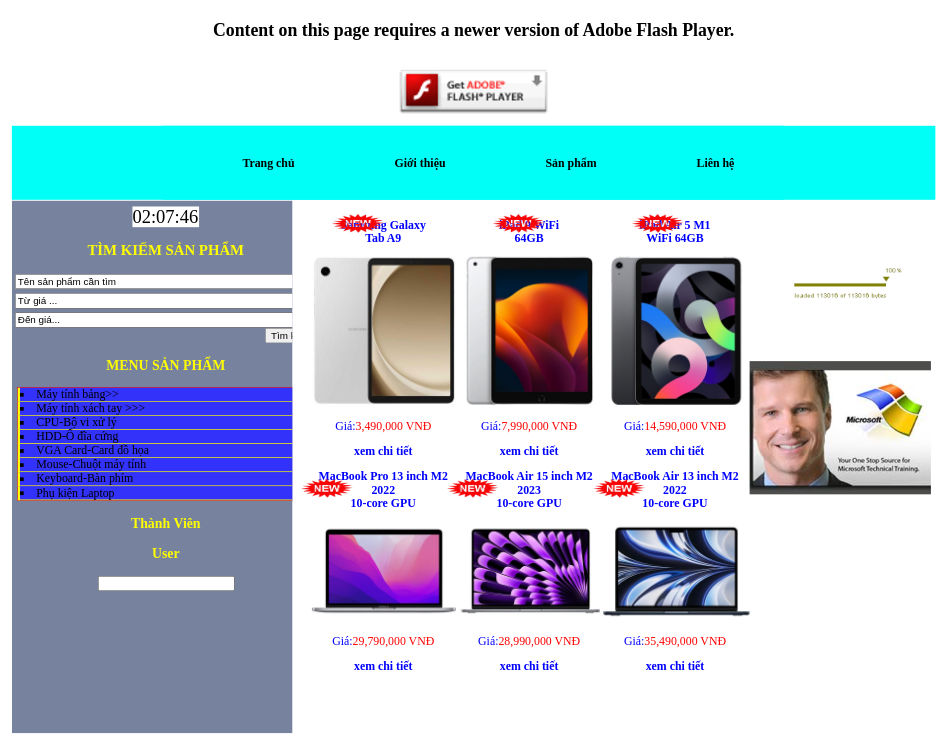
Repository: Tan-Khang21/TH_TKW--Buoi_03
Page: BT_ve_nha/Bai_1/frame.html
These files come from the project's save history. The page is drawn as it stood at one moment and after the next save; the edit follows.
The browser window is 1280 px wide. The pictures show the whole page, at 74% of full size.

Above is the page before, as saved 2024-03-03 20:30:44.

### BT_ve_nha/Bai_1/frame.html
<!DOCTYPE html>
<html lang="en">
  <head>
    <meta charset="UTF-8" />
    <meta name="viewport" content="width=device-width, initial-scale=1.0" />
    <title>Document</title>
  </head>
  <body>
    <div style="max-width: 1400px; margin: 0 auto;">
      <iframe
        src="top.html"
        frameborder="0"
        style="width: 100%; height: 25%"
        scrolling="no"
      ></iframe>
      <iframe
        src="nav.html"
        frameborder="0"
        style="width: 100%; height: 15%"
        scrolling="no"
      ></iframe>
      <div style="width: 100%; height: 60%; margin-top: -45px; margin-left: 8px;">
        <iframe
          src="left.html"
          frameborder="0"
          style="width: 30%; height: 100vh; box-sizing: border-box;"
          scrolling="no"
        ></iframe>
        <iframe
          src="mid.html"
          frameborder="0"
          style="width: 50%; height: 100vh; box-sizing: border-box; margin-right: -30px;"
          scrolling="no"
        ></iframe>
        <iframe
          src="right.html"
          frameborder="0"
          style="width: 20%; height: 100vh; box-sizing: border-box;  margin-right: -50px;"
          scrolling="no"
        ></iframe>
      </div>
    </div>
  </body>
</html>

### BT_ve_nha/Bai_1/top.html
<!DOCTYPE html>
<html lang="en">
  <head>
    <meta charset="UTF-8" />
    <meta name="viewport" content="width=device-width, initial-scale=1.0" />
    <title>Document</title>
  </head>
  <body>
    <h2 style="text-align: center;">
      Content on this page requires a newer version of Adobe Flash Player.
    </h2>
    <div style="width: 200px; margin: -50px auto;">
        <img src="/BT_ve_nha/Bai_1/images/logo.png" alt="" style="width: 100%; object-fit: contain;">
    </div>
  </body>
</html>

### BT_ve_nha/Bai_1/nav.html
<!DOCTYPE html>
<html lang="en">
  <head>
    <meta charset="UTF-8" />
    <meta name="viewport" content="width=device-width, initial-scale=1.0" />
    <title>Document</title>
  </head>
  <body>
    <div style="background-color: #00fff7; height: 100px">
      <ul
        type="none"
        style="
          display: flex;
          justify-content: space-around;
          align-items: center;
          background-color: #00fff7;
          height: 100px;
          width: 800px;
          margin: auto;
        "
      >
        <li>
          <a href="#" style="text-decoration: none; font-weight: bold;color:black;"
            >Trang chủ</a
          >
        </li>
        <li>
          <a href="#" style="text-decoration: none; font-weight: bold;color:black;"
            >Giới thiệu</a
          >
        </li>
        <li>
          <a href="#" style="text-decoration: none; font-weight: bold;color:black;"
            >Sản phẩm</a
          >
        </li>
        <li>
          <a href="#" style="text-decoration: none; font-weight: bold;color:black;"
            >Liên hệ</a
          >
        </li>
      </ul>
    </div>
  </body>
</html>

### BT_ve_nha/Bai_1/left.html
<!DOCTYPE html>
<html lang="en">
  <head>
    <meta charset="UTF-8" />
    <meta name="viewport" content="width=device-width, initial-scale=1.0" />
    <title>Document</title>
    <link
      rel="stylesheet"
      href="https://cdnjs.cloudflare.com/ajax/libs/font-awesome/6.5.1/css/all.min.css"
      integrity="sha512-DTOQO9RWCH3ppGqcWaEA1BIZOC6xxalwEsw9c2QQeAIftl+Vegovlnee1c9QX4TctnWMn13TZye+giMm8e2LwA=="
      crossorigin="anonymous"
      referrerpolicy="no-referrer"
    />
  </head>
  <style>
    ::placeholder {
      color: black;
    }
  </style>
  <body style="background-color: #77829e">
    <div style="width: 600px; margin-left: -100px;">
      <div
        style="
          margin: 0 auto;
          width: 90px;
          background-color: white;
          font-size: 25px;
        "
      >
        02:07:46
      </div>
      <p
        style="
          color: yellow;
          font-size: 20px;
          font-weight: bold;
          text-align: center;
        "
      >
        TÌM KIẾM SẢN PHẨM
      </p>
      <form
        style="
          display: flex;
          align-items: center;
          justify-content: center;
          flex-direction: column;
        "
      >
        <input
          type="text"
          placeholder="Tên sản phẩm cần tìm"
          style="width: 400px"
        />
        <div>
          <input
            type="text"
            placeholder="Từ giá ..."
            style="width: 400px; position: relative; margin-top: 5px"
          />
          <button
            style="
              border: none;
              width: 15px;
              height: 15px;
              position: absolute;
              background-color: rgb(109, 153, 247);
              transform: translateX(-20px) translateY(8px);
            "
          >
            <i
              class="fa-solid fa-chevron-down"
              style="
                position: absolute;
                top: 0;
                left: 0;
                transform: translateX(1px) translateY(1px);
              "
            ></i>
          </button>
        </div>
        <div>
          <input
            type="text"
            placeholder="Đến giá..."
            style="width: 400px; position: relative; margin-top: 5px"
          />
          <button
            style="
              border: none;
              width: 15px;
              height: 15px;
              position: absolute;
              background-color: rgb(109, 153, 247);
              transform: translateX(-20px) translateY(8px);
            "
          >
            <i
              class="fa-solid fa-chevron-down"
              style="
                position: absolute;
                top: 0;
                left: 0;
                transform: translateX(1px) translateY(1px);
              "
            ></i>
          </button>
        </div>
        <div style="width: 400px; text-align: end; margin-right: -10px">
          <button>Tìm kiếm</button>
        </div>
      </form>
      <h3 style="color: yellow; text-align: center">MENU SẢN PHẨM</h3>
      <div style="border: 1px solid red; width: 400px; margin: 0 auto;" >
        <ul
          type="square"
          style="

            width: 400px;
            list-style-position: inside;
            margin: 0 auto;
          "
        >
          <li
            style="
              background-color: rgb(50, 50, 250);
              border-bottom: 1px solid yellow;
              border-left: 3px solid yellow;
              width:397px;
              margin-left: -40px;
            "
          >
            Máy tính bảng>>
          </li>
          <li
            style="
              background-color: rgb(50, 50, 250);
              border-bottom: 1px solid yellow;
              border-left: 3px solid yellow;
              width:397px;
              margin-left: -40px;
            "
          >
          Máy tính xách tay >>>
          </li>
          <li
            style="
              background-color: rgb(50, 50, 250);
              border-bottom: 1px solid yellow;
              border-left: 3px solid yellow;
              width:397px;
              margin-left: -40px;
            "
          >
          CPU-Bộ vi xử lý
          </li>
          <li
            style="
              background-color: rgb(50, 50, 250);
              border-bottom: 1px solid yellow;
              border-left: 3px solid yellow;
              width:397px;
              margin-left: -40px;
            "
          >
          HDD-Ổ đĩa cứng
          </li>
          <li
            style="
              background-color: rgb(50, 50, 250);
              border-bottom: 1px solid yellow;
              border-left: 3px solid yellow;
              width:397px;
              margin-left: -40px;
            "
          >
          VGA Card-Card đồ họa
          </li>
          <li
            style="
              background-color: rgb(50, 50, 250);
              border-bottom: 1px solid yellow;
              border-left: 3px solid yellow;
              width:397px;
              margin-left: -40px;
            "
          >
          Mouse-Chuột máy tính
          </li>
          <li
            style="
              background-color: rgb(50, 50, 250);
              border-bottom: 1px solid yellow;
              border-left: 3px solid yellow;
              width:397px;
              margin-left: -40px;
            "
          >
          Keyboard-Bàn phím
          </li>
          <li
            style="
              background-color: rgb(50, 50, 250);
              border-bottom: 1px solid yellow;
              border-left: 3px solid yellow;
              width:397px;
              margin-left: -40px;
            "
          >
          Phụ kiện Laptop
          </li>
        </ul>
      </div>
      <h3 style="color: yellow; text-align: center">Thành Viên</h3>
      <h3 style="color: yellow; text-align: center">User</h3>
      <div style="margin: 0 auto; width: 200px; text-align: center;">
      <input type="text" >
    </div>
    </div>
  </body>
</html>

### BT_ve_nha/Bai_1/mid.html
<!DOCTYPE html>
<html lang="en">
  <head>
    <meta charset="UTF-8" />
    <meta name="viewport" content="width=device-width, initial-scale=1.0" />
    <title>Document</title>
  </head>
  <body>
    <div
      style="
        display: flex;
        flex-wrap: wrap;
        max-width: 1000px;
        justify-content: center;
        align-items: center;
        /* margin: 0 auto; */
      "
    >
      <div style="text-align: center; width: 32%; width: 32%">
        <p style="color: blue; font-weight: bold; position: relative">
          Samsung Galaxy <br />
          Tab A9
        </p>
        <div style="position: absolute; width: 80px; height: 50px;">
          <img
            src="../Bai_1/images/icon-transformed.png"
            alt=""
            style="width: 100%; height: 100%; transform: translateX(25px) translateY(-70px);"
          />
        </div>
        <div style="width: 200px; margin: 0 auto">
          <img
            src="../Bai_1/images/hinh1.jpg"
            alt=""
            style="width: 100%; object-fit: contain"
          />
        </div>
        <p style="color: blue">
          Giá:<span style="color: red">3,490,000 VNĐ</span>
        </p>
        <a
          href="#"
          style="font-weight: bold; color: blue; text-decoration: none"
          >xem chi tiết</a
        >
      </div>

      <div style="text-align: center; width: 32%">
        <p style="color: blue; font-weight: bold">iPad 9 WiFi <br> 64GB</p>
        <div style="position: absolute; width: 80px; height: 50px;">
            <img
              src="../Bai_1/images/icon-transformed.png"
              alt=""
              style="width: 100%; height: 100%; transform: translateX(45px) translateY(-70px);"
            />
          </div>
        <div style="width: 200px; margin: 0 auto">
          <img
            src="../Bai_1/images/hinh2.jpg"
            alt=""
            style="width: 100%; object-fit: contain"
          />
        </div>
        <p style="color: blue">
          Giá:<span style="color: red">7,990,000 VNĐ</span>
        </p>
        <a
          href="#"
          style="font-weight: bold; color: blue; text-decoration: none"
          >xem chi tiết</a
        >
      </div>

      <div style="text-align: center; width: 32%">
        <p style="color: blue; font-weight: bold">
          iPad Air 5 M1 <br />WiFi 64GB
        </p>
        <div style="position: absolute; width: 80px; height: 50px;">
            <img
              src="../Bai_1/images/icon-transformed.png"
              alt=""
              style="width: 100%; height: 100%; transform: translateX(35px) translateY(-70px);"
            />
          </div>
        <div style="width: 200px; margin: 0 auto">
          <img
            src="../Bai_1/images/hinh3.jpg"
            alt=""
            style="width: 100%; object-fit: contain"
          />
        </div>
        <p style="color: blue">
          Giá:<span style="color: red">14,590,000 VNĐ</span>
        </p>
        <a
          href="#"
          style="font-weight: bold; color: blue; text-decoration: none"
          >xem chi tiết</a
        >
      </div>

      <div style="text-align: center; width: 32%">
        <p style="color: blue; font-weight: bold">
          MacBook Pro 13 inch M2 2022 <br />10-core GPU
        </p>
        <div style="position: absolute; width: 80px; height: 50px;">
            <img
              src="../Bai_1/images/icon-transformed.png"
              alt=""
              style="width: 100%; height: 100%; transform: translateX(-17px) translateY(-70px);"
            />
          </div>
        <div style="width: 200px; margin: 0 auto">
          <img
            src="../Bai_1/images/hinh4.jpg"
            alt=""
            style="width: 100%; object-fit: contain"
          />
        </div>
        <p style="color: blue">
          Giá:<span style="color: red">29,790,000 VNĐ</span>
        </p>
        <a
          href="#"
          style="font-weight: bold; color: blue; text-decoration: none"
          >xem chi tiết</a
        >
      </div>

      <div style="text-align: center; width: 32%">
        <p style="color: blue; font-weight: bold">
          MacBook Air 15 inch M2 2023 <br />
          10-core GPU
        </p>
        <div style="position: absolute; width: 80px; height: 50px;">
            <img
              src="../Bai_1/images/icon-transformed.png"
              alt=""
              style="width: 100%; height: 100%; transform: translateX(-17px) translateY(-70px);"
            />
          </div>
        <div style="width: 200px; margin: 0 auto">
          <img
            src="../Bai_1/images/hinh5.jpg"
            alt=""
            style="width: 100%; object-fit: contain"
          />
        </div>
        <p style="color: blue">
          Giá:<span style="color: red">28,990,000 VNĐ</span>
        </p>
        <a
          href="#"
          style="font-weight: bold; color: blue; text-decoration: none"
          >xem chi tiết</a
        >
      </div>

      <div style="text-align: center; width: 32%">
        <p style="color: blue; font-weight: bold">
          MacBook Air 13 inch M2 2022 <br />
          10-core GPU
        </p>
        <div style="position: absolute; width: 80px; height: 50px;">
            <img
              src="../Bai_1/images/icon-transformed.png"
              alt=""
              style="width: 100%; height: 100%; transform: translateX(-17px) translateY(-70px);"
            />
          </div>
        <div style="width: 200px; margin: 0 auto">
          <img
            src="../Bai_1/images/hinh6.jpg"
            alt=""
            style="width: 100%; object-fit: contain"
          />
        </div>
        <p style="color: blue">
          Giá:<span style="color: red">35,490,000 VNĐ</span>
        </p>
        <a
          href="#"
          style="font-weight: bold; color: blue; text-decoration: none"
          >xem chi tiết</a
        >
      </div>
    </div>
  </body>
</html>

### BT_ve_nha/Bai_1/right.html
<!DOCTYPE html>
<html lang="en">
  <head>
    <meta charset="UTF-8" />
    <meta name="viewport" content="width=device-width, initial-scale=1.0" />
    <title>Document</title>
  </head>
  <body>
    <div style="text-align: center">
      <img src="../Bai_1/images/bytes.png" alt="" />
    </div>
    <div style="text-align: center">
      <img src="../Bai_1/images/window.jpg" alt="" />
    </div>
  </body>
</html>

After the next save:
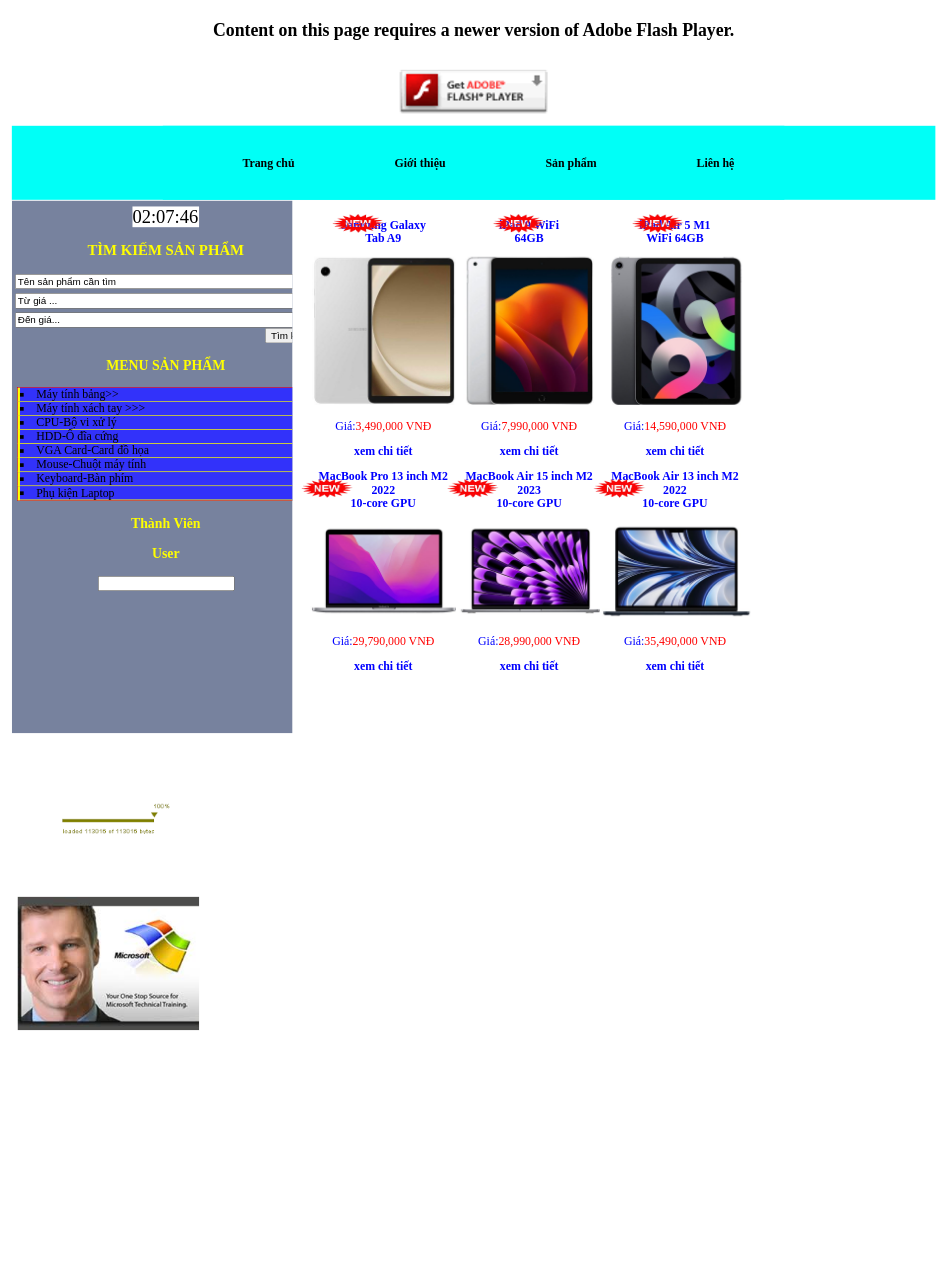
Saved 16 s later.
--- a/BT_ve_nha/Bai_1/frame.html
+++ b/BT_ve_nha/Bai_1/frame.html
@@ -35,7 +35,7 @@
         <iframe
           src="right.html"
           frameborder="0"
-          style="width: 20%; height: 100vh; box-sizing: border-box;  margin-right: -50px;"
+          style="width: 20%; height: 100vh; box-sizing: border-box;  margin-right: 50px;"
           scrolling="no"
         ></iframe>
       </div>

After the save that followed:
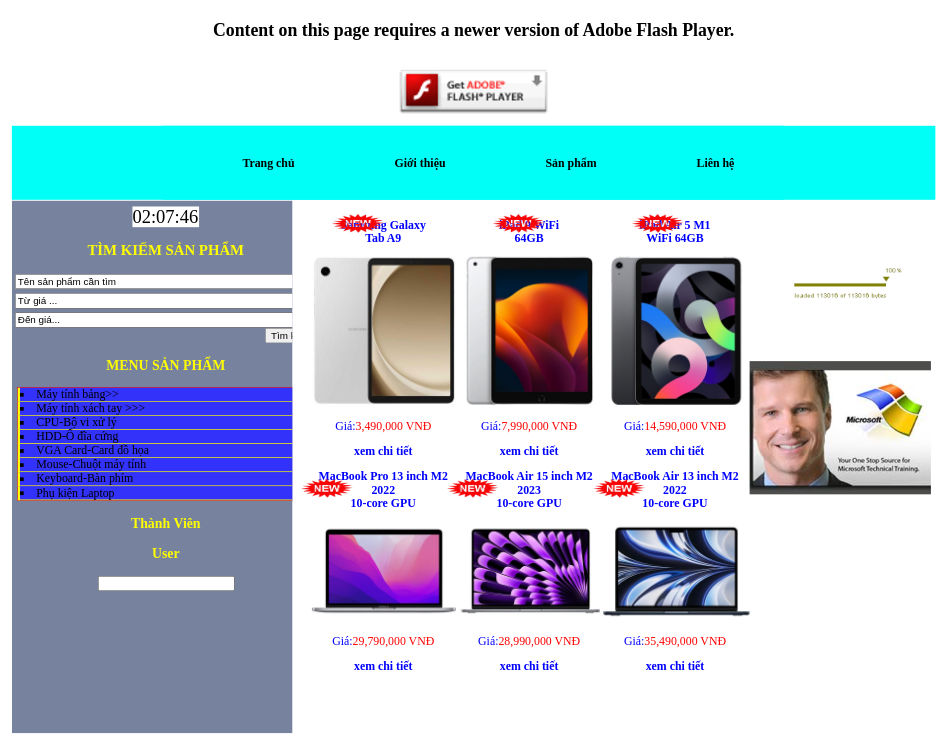
Saved 11 s later.
--- a/BT_ve_nha/Bai_1/frame.html
+++ b/BT_ve_nha/Bai_1/frame.html
@@ -35,7 +35,7 @@
         <iframe
           src="right.html"
           frameborder="0"
-          style="width: 20%; height: 100vh; box-sizing: border-box;  margin-right: 50px;"
+          style="width: 20%; height: 100vh; box-sizing: border-box;  margin-right: 10px;"
           scrolling="no"
         ></iframe>
       </div>
